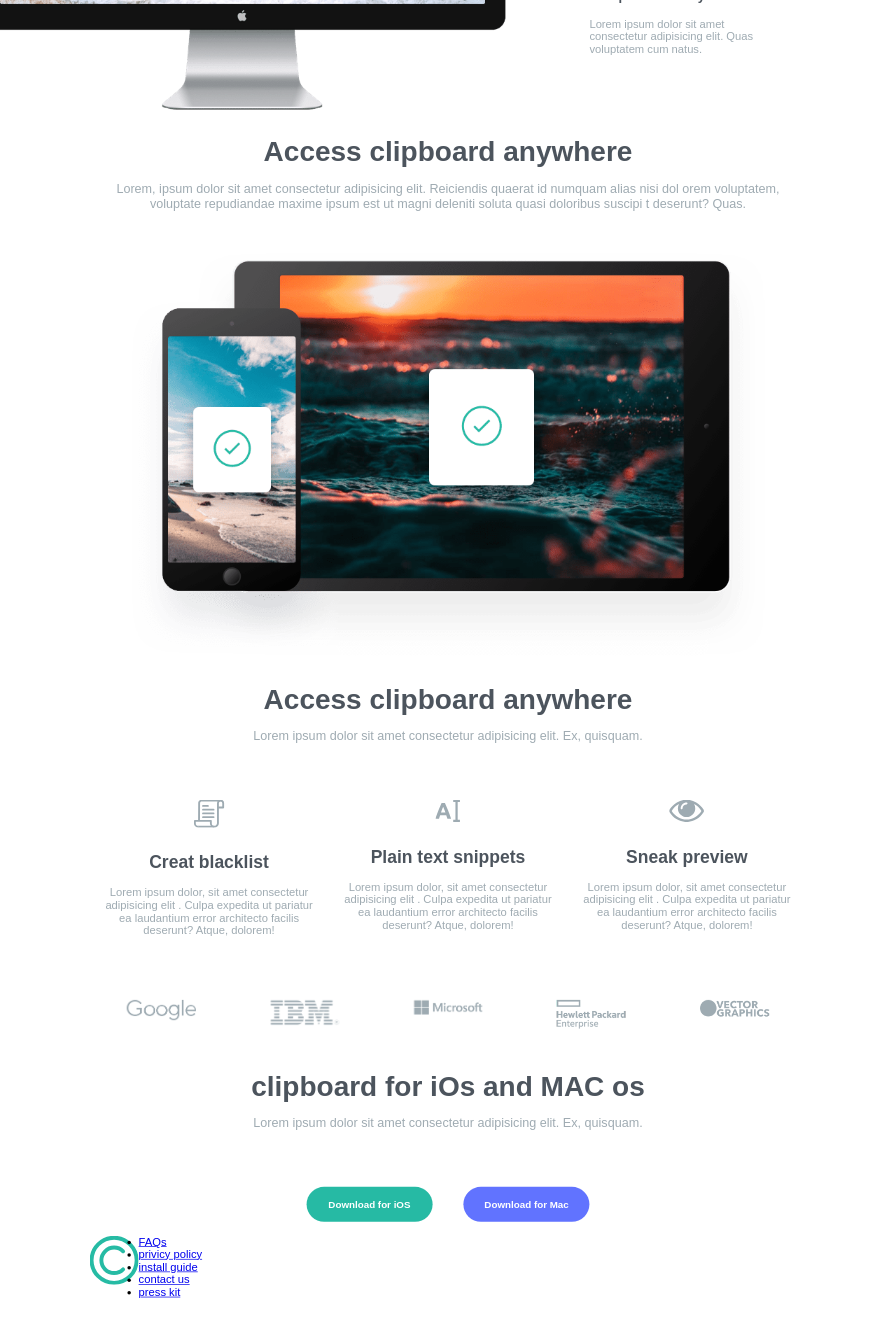
Repository: AbuMulla-Mohammad/clipboard
Page: index.html
The author's editor kept a copy of each file at every save. The page is drawn from the files as they stood at one save, then again after the next save.
The browser window is 1280 px wide. The pictures show the part of the page from y = 1198 to 3118 px (the page is 3118 px tall), at 70% of full size.
Some web fonts or font styles are not loaded; a fallback is used.

Above is the page before, as saved 2023-11-01 19:37:14.

### index.html
<!DOCTYPE html>
<html lang="en">
<head>
    <meta charset="UTF-8">
    <meta name="viewport" content="width=device-width, initial-scale=1.0">
    <!-- linke the font family -->
    <link rel="preconnect" href="https://fonts.googleapis.com">
    <link rel="preconnect" href="https://fonts.gstatic.com" crossorigin>
    <link href="https://fonts.googleapis.com/css2?family=Bai+Jamjuree:wght@400;600&display=swap" rel="stylesheet">
    <!-- main project style -->
    <link rel="stylesheet" href="css/style.css">
    <title>Document</title>
</head>
<body>

    <!-- start master section -->
<div class="master-section">
    <div class="container">
        <div class="logo">
            <img src="images/logo.svg" alt="logo ">
        </div>
        <div class="content">
            <h1>A history of everything you copy</h1>
            <p>Clipboard allows you to track and orgnize everything you copy.instally access your clipboard on all your devices.</p>
        </div>
        <form action="">
            <input class="ios" type="button" value="Download for iOS">
            <input class="mac" type="button" value="Download for Mac">
        </form>
    </div>
</div>
<!-- end master section -->
<!-- start track -->
<div class="track">
    <div class="contianer">
        <div class="main-heading">
            <h2>Keep track of your snippest</h2>
            <p>Lorem, ipsum dolor sit amet consectetur adipisicing
                elit. Reiciendis quaerat id numquam alias nisi dol
                orem voluptatem, voluptate repudiandae maxime ipsum
                est ut magni deleniti soluta quasi doloribus suscipi
                t deserunt? Quas.
            </p>

        </div>
    </div>
    <img src="images/image-computer.png" alt="computer">
    <!-- <div class="clr"></div> -->
    <div class="items">
        <div class="item">
            <h3>quick search</h3>
            <p>Lorem ipsum dolor sit amet consectetur adipisicing elit
                . Saepe voluptatum repellendus quaerat.</p>
        </div>
        <div class="item">
            <h3>icloud sync</h3>
            <p>Lorem ipsum dolor sit amet, consectetur adipisicing elit. Velit!</p>
        </div>
        <div class="item">
            <h3>compleate history</h3>
            <p>Lorem ipsum dolor sit amet consectetur adipisicing elit. Quas voluptatem cum natus.</p>
        </div>
    </div>
</div>
<!-- end track -->
<!--start access  -->
<div class="access">
    <div class="main-heading">
        <h2>Access clipboard anywhere</h2>
        <p>Lorem, ipsum dolor sit amet consectetur adipisicing
            elit. Reiciendis quaerat id numquam alias nisi dol
            orem voluptatem, voluptate repudiandae maxime ipsum
            est ut magni deleniti soluta quasi doloribus suscipi
            t deserunt? Quas.
        </p>

    </div>
    <div class="image">
        <img src="images/image-devices.png" alt="devices">
    </div>
</div>
<!-- end access -->

<!-- start workflow -->
<div class="workflow">
    <div class="container">
        <div class="main-heading">
            <h2>Access clipboard anywhere</h2>
            <p>Lorem ipsum dolor sit amet consectetur adipisicing elit. Ex, quisquam.
            </p>

        </div>
        <div class="workflow-items">
            <div class="item">
                <img src="images/icon-blacklist.svg" alt="blacklist">
                <h3>Creat blacklist</h3>
                <p>Lorem ipsum dolor, sit amet consectetur adipisicing elit
                    . Culpa expedita ut pariatur ea laudantium
                    error architecto facilis deserunt? Atque, dolorem!</p>
            </div>
            <div class="item">
                <img src="images/icon-text.svg" alt="text">
                <h3>Plain text snippets</h3>
                <p>Lorem ipsum dolor, sit amet consectetur adipisicing elit
                    . Culpa expedita ut pariatur ea laudantium
                    error architecto facilis deserunt? Atque, dolorem!</p>
            </div>
            <div class="item">
                <img src="images/icon-preview.svg" alt="preview">
                <h3>Sneak preview</h3>
                <p>Lorem ipsum dolor, sit amet consectetur adipisicing elit
                    . Culpa expedita ut pariatur ea laudantium
                    error architecto facilis deserunt? Atque, dolorem!</p>
            </div>
        </div>
        <div class="Companies">
            <div class="companie">
                <img src="images/logo-google.png" alt="companie">
            </div>
            <div class="companie">
                <img src="images/logo-ibm.png" alt="companie">
            </div>
            <div class="companie">
                <img src="images/logo-microsoft.png" alt="companie">
            </div>
            <div class="companie">
                <img src="images/logo-hp.png" alt="companie">
            </div>
            <div class="companie">
                <img src="images/logo-vector-graphics.png" alt="companie">
            </div>
        </div>
    </div>
</div>
<!-- end workflow -->
<!-- start download -->
<div class="download">
    <div class="container">
        <div class="main-heading">
            <h2 >clipboard for iOs and MAC os</h2>
            <p>Lorem ipsum dolor sit amet consectetur adipisicing elit. Ex, quisquam.
            </p>

        </div>
        <form action="">
            <input class="ios" type="button" value="Download for iOS">
            <input class="mac" type="button" value="Download for Mac">
        </form>
    </div>
</div>
<!-- end download -->

<!-- start footer -->

<div class="footer">
    <div class="container">
        <div class="image">
            <img src="images/logo.svg" alt="">
        </div>
        <div class="list">
            <ul>
                <li><a href="#">FAQs</a></li>
                <li><a href="#">privicy policy</a></li>
                <li><a href="#">install guide</a></li>
                <li><a href="#">contact us</a></li>
                <li><a href="#">press kit</a></li>
            </ul>
        </div>
        <div class="social">
            <img src="images/icon-facebook.svg" alt="">
            <img src="images/icon-twitter.svg" alt="">
            <img src="images/icon-instagram.svg" alt="">

        </div>
    </div>
</div>
<!-- end footer -->
</body>
</html>

### css/style.css
/* start global rules */
*{
    padding: 0;
    margin: 0;
    box-sizing: border-box;
}
img{
    display: block;
}
.clr{
    clear: both;
}
:root{
    --Strong-Cyan: hsl(171, 66%, 44%);
    --Light-Blue: hsl(233, 100%, 69%);
    --Dark-Grayish-Blue: hsl(210, 10%, 33%);
    --Grayish-Blue: hsl(201, 11%, 66%);
}
body{
    font-family: "Bai Jamjuree",sans-serif;
}

.container{
    width: 80%;
    margin: 0 auto 0;

}
.main-heading{
    padding: 40px 0;
    text-align: center;
    margin: auto;
    width: 80%;
}
.main-heading h2{
    margin-bottom: 20px;
    font-size: 40px;
    color: var(--Dark-Grayish-Blue);
    font-weight: 600;
}
.main-heading p{
    font-size: 18px;
    color: var(--Grayish-Blue);
    margin-bottom: 20px;
}
/* end */
/* start master section */
.master-section{
    background-image: url(../images/bg-header-desktop.png);
    height: 80vh;
    background-size: cover;
    text-align: center;
    padding-top: 1px;
}
.master-section .logo{
    margin: 40px auto;
}
.master-section .logo img{
    margin: 0 auto 0;
}
.master-section .content h1{
    margin-bottom: 20px;
    font-weight: 600;
    color: var(--Dark-Grayish-Blue);
    font-size: 40px;
}
.master-section .content p{
    margin: 20px 0px;
    font-size: 18px;
    color: var(--Grayish-Blue);
}
.master-section form input{
    width: 180px;
    height: 50px;
    color: white;
    outline: none;
    border: none;
    border-radius: 30px;
    margin: 40px 20px;
    font-weight: 600;
    font-size: 14px;
    font-family: "Bai Jamjuree",sans-serif;
}
.master-section form .ios{
    background-color: var(--Strong-Cyan);
}
.master-section form .mac{
    background-color: var(--Light-Blue);
}
/* end master section */
/* start track section */
.track{

}
.track img{
    float: left;
    margin:0 120px 10px -30px;

}
.track .items{
    width: 20%;
    overflow: hidden;
}
.track .items .item{
    margin: 75px 0;
    /* background-color: red; */
}
.track .items .item h3{
    text-transform: capitalize;
    color: var(--Dark-Grayish-Blue);
    margin-bottom: 20px;
}
.track .items .item p{
    color: var(--Grayish-Blue);
}
/* end track secton */

/* start access  */
    .image{
        width: fit-content;
        margin: auto;
    }
/* end access */

/* start workflow */
.workflow{

}
.workflow .workflow-items{
    margin-bottom: 50px;
    overflow: hidden;
}
.workflow .workflow-items .item{
    float: left;
    width: 33.33%;
    text-align: center;
    padding: 20px;

}
.workflow .workflow-items .item img{
    margin: auto;
    margin-bottom: 35px;
}
.workflow .workflow-items .item h3{
    margin-bottom: 20px;
    color: var(--Dark-Grayish-Blue);
    font-size: 25px;
    font-weight: 600;
}
.workflow .workflow-items .item p{
    color: var(--Grayish-Blue);
    font-weight: 400;
}
.workflow .Companies{
    overflow: hidden;
}
.workflow .Companies .companie{
    float: left;
    width: 20%;
    padding: 20px;
}
.workflow .Companies .companie img{
    width: 60%;
    margin: auto;
}
/* end workflow */

/* start download */

.download
{

}
.download form{
    padding: 20px;
    text-align: center;
}
.download form input{
    width: 180px;
    height: 50px;
    color: white;
    outline: none;
    border: none;
    border-radius: 30px;
    margin: 0px 20px;
    font-weight: 600;
    font-size: 14px;
    font-family: "Bai Jamjuree",sans-serif;

}
.download form .ios{
    background-color: var(--Strong-Cyan);
}
.download form .mac{
    background-color: var(--Light-Blue);
}
/* end downlaod */
/* start footer */
.footer{
    width: 100%;
}
.footer .container{
    overflow: hidden;
}
.footer .container .image{
    float: left;
    width:70px;
    margin-left: 0;

}
.footer .container .image img{
    width: 100%;
}
.footer .container .list{
    float: left;
    margin: auto;

}
.footer .container .social{
    float: left;
    width: 35%;
    margin-left: 100%;
}
.footer .container .social img{
    float: left;
    margin: 20px;
}
/* end footer */

After the next save:
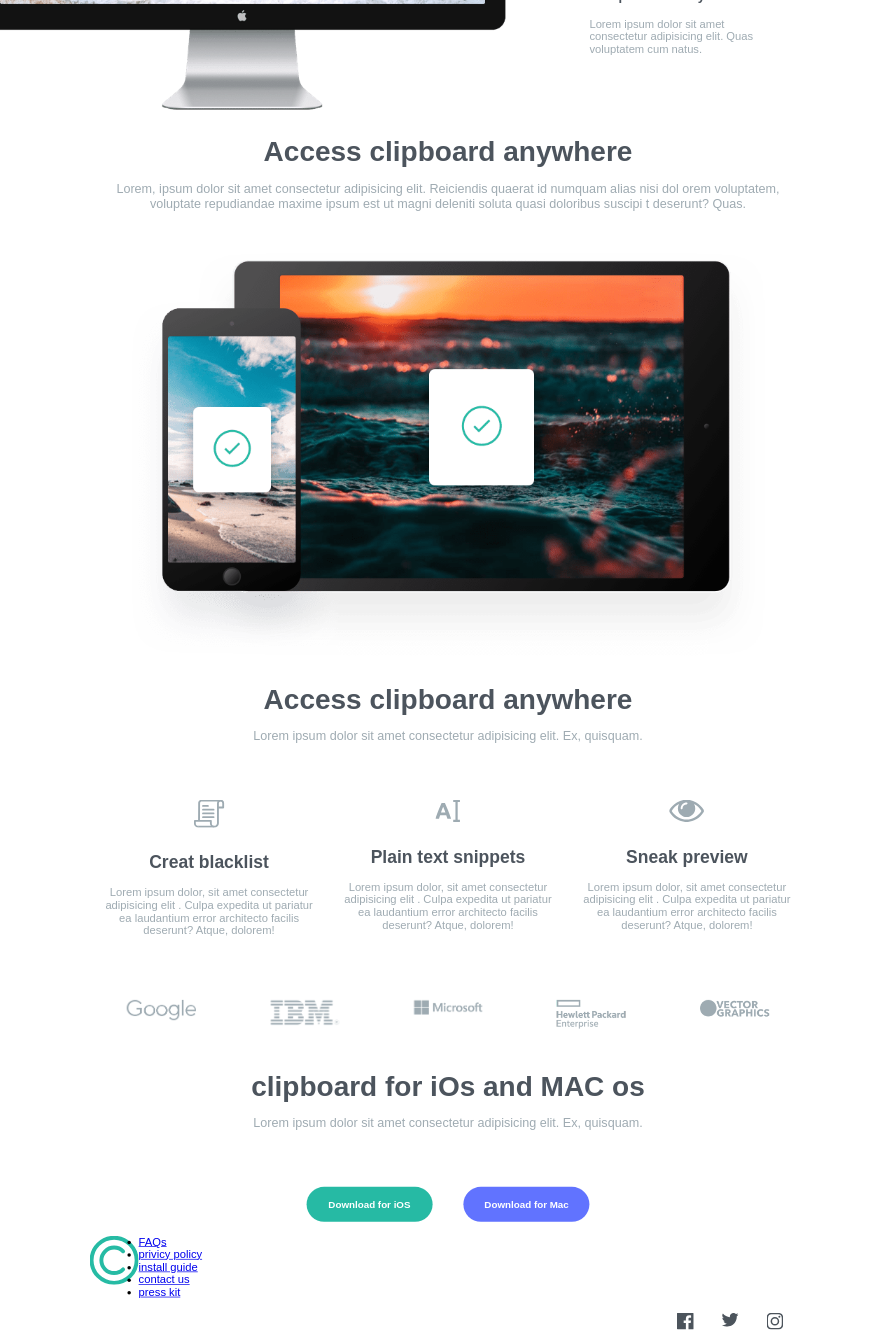
Saved 9 s later.
--- a/css/style.css
+++ b/css/style.css
@@ -218,7 +218,7 @@
 .footer .container .social{
     float: left;
     width: 35%;
-    margin-left: 100%;
+    margin-left: 80%;
 }
 .footer .container .social img{
     float: left;
